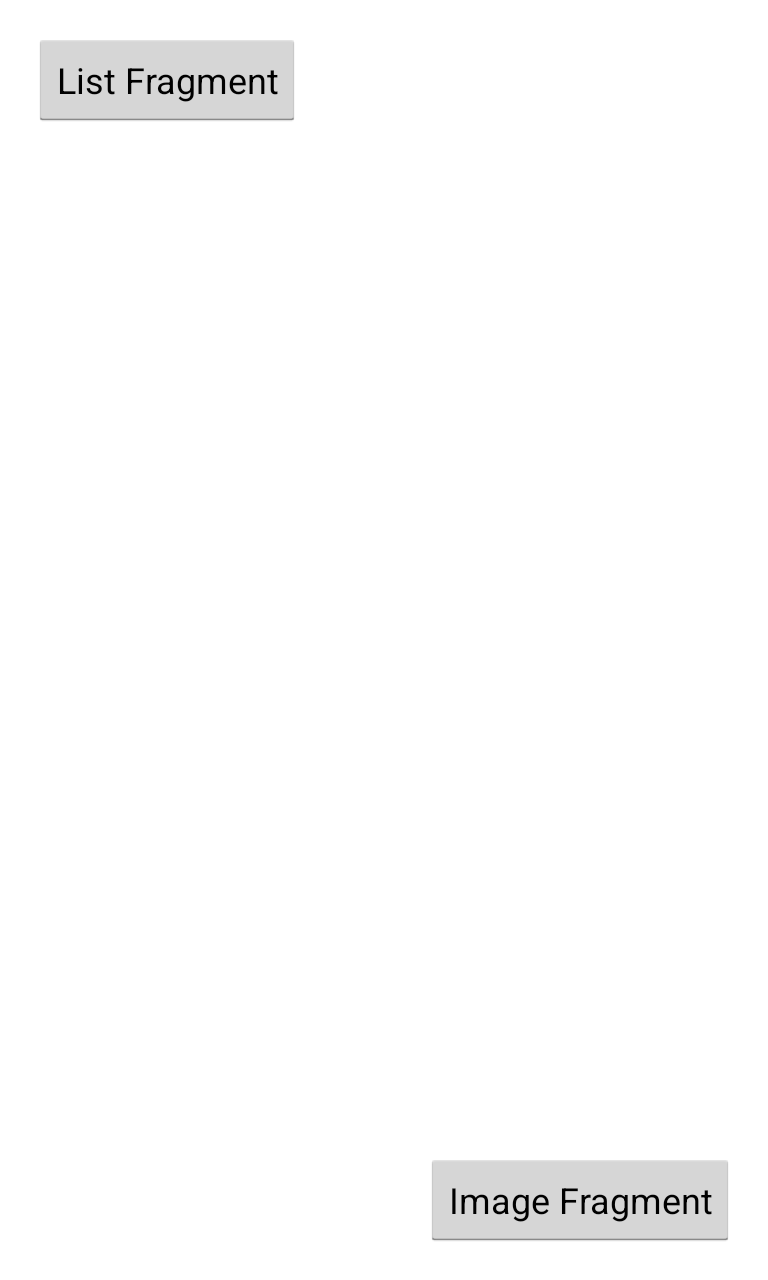
Repository: AlexanderMcNeill/Android
Layout: Eclipse_Android/Fragments/res/layout/activity_main.xml
An editor plug-in stored every save of this project. The layout is shown before and after the next save, followed by the edit.
It is drawn on a 768 x 1280 px phone screen (xhdpi) without system bars, with theme AppTheme; the app's code is not run.

Above is the layout before, as saved 2015-03-12 02:44:44.

After the next save:
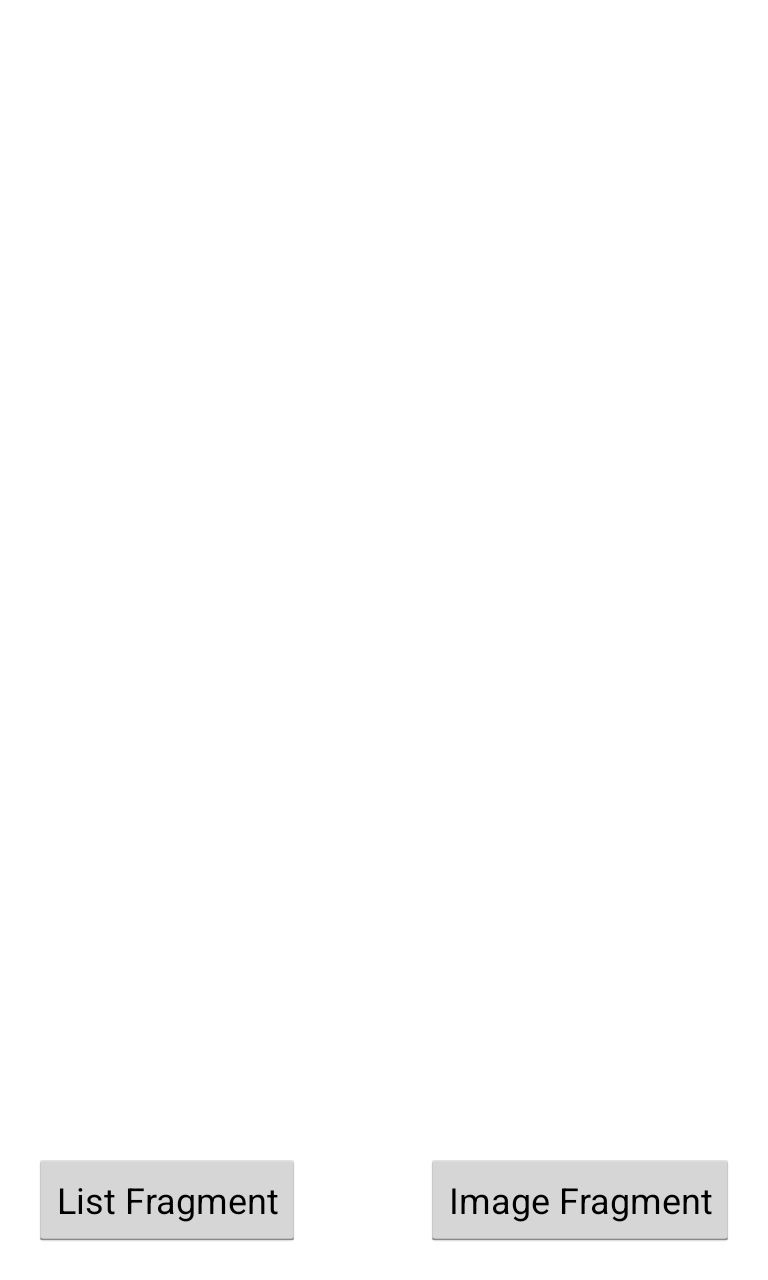
Saved 44 s later.
--- a/Eclipse_Android/Fragments/res/layout/activity_main.xml
+++ b/Eclipse_Android/Fragments/res/layout/activity_main.xml
@@ -7,15 +7,6 @@
     android:paddingRight="@dimen/activity_horizontal_margin"
     android:paddingTop="@dimen/activity_vertical_margin"
     tools:context="bit.mcnear1.fragments.MainActivity" >
-
-    <Button
-        android:id="@+id/btnList"
-        android:layout_width="wrap_content"
-        android:layout_height="wrap_content"
-        android:layout_alignBaseline="@+id/button1"
-        android:layout_alignBottom="@+id/button1"
-        android:layout_alignParentLeft="true"
-        android:text="List Fragment" />
 
     <Button
         android:id="@+id/btnImage"
@@ -35,4 +26,13 @@
 
     </RelativeLayout>
 
+    <Button
+        android:id="@+id/btnList"
+        android:layout_width="wrap_content"
+        android:layout_height="wrap_content"
+        android:layout_alignBaseline="@+id/btnImage"
+        android:layout_alignBottom="@+id/btnImage"
+        android:layout_alignParentLeft="true"
+        android:text="List Fragment" />
+
 </RelativeLayout>
